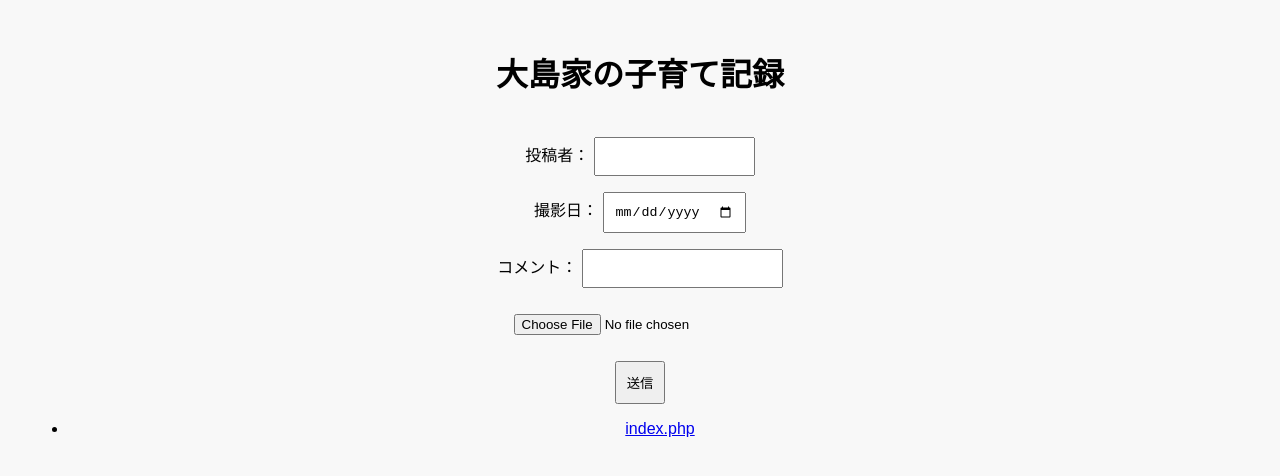
Repository: daidai0602/gs_kadai_questionnaire
Page: http://localhost/post.php
These files come from the project's save history. The page is drawn as it stood at one moment and after a run of saves; the edit follows.
The browser window is 1280 px wide. The pictures show the whole page.
The page is run by PHP 8.4 with error messages shown; the project is at /var/www/html/.

Above is the page before, as saved 2023-11-15 22:41:24.

After the next 4 saves:
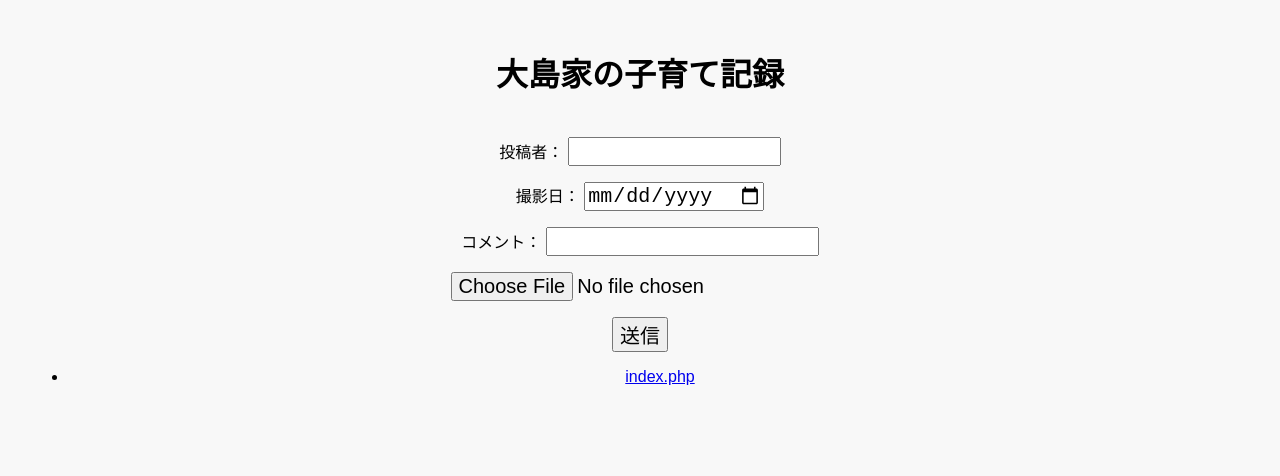
The 4 saves are shown as one change because they came seconds apart.
The last was saved 14 s later.
--- a/post.php
+++ b/post.php
@@ -15,7 +15,7 @@
     }
     input{
 
-      padding: 10px;
+      font-size: 20px;
     }
 
   </style>
